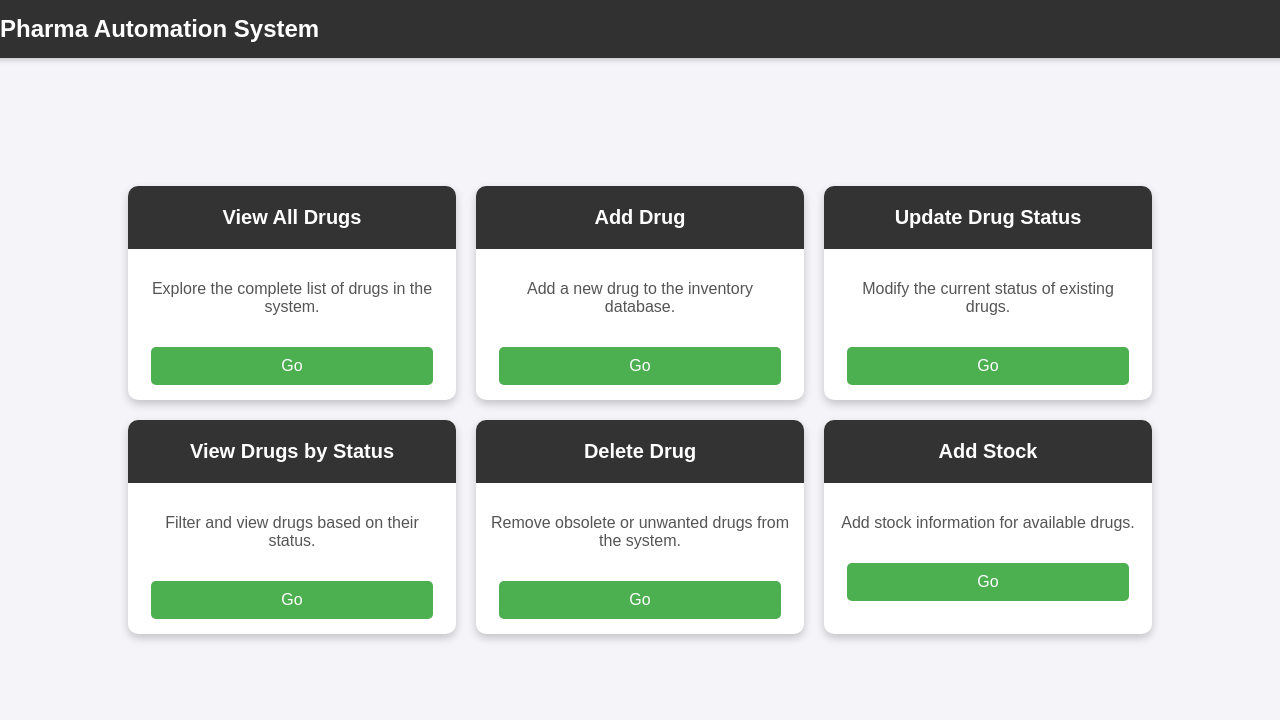
Repository: Clarrieous/Infosys-intern
Page: http://localhost/index
The author's editor kept a copy of each file at every save. The page is drawn from the files as they stood at one save, then again after the next save.
The browser window is 1280 px wide. The pictures show the whole page.
The page is this project's Thymeleaf template; nobody is signed in. The template is opened directly, without the code that normally fills it, so the values that code supplies are empty.

Above is the page before, as saved 2024-12-08 12:07:01.

After the next save:
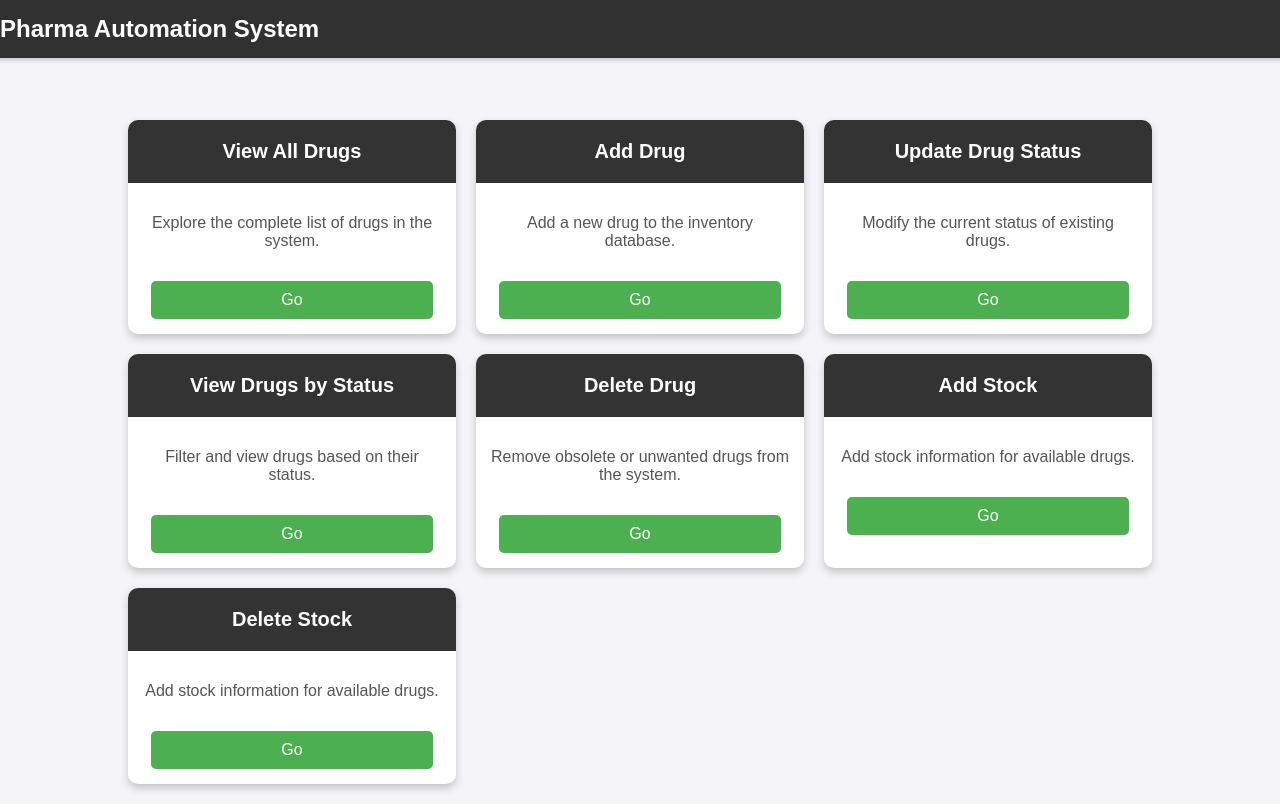
Saved 94 s later.
--- a/ClientService/src/main/resources/templates/index.html
+++ b/ClientService/src/main/resources/templates/index.html
@@ -132,7 +132,14 @@
             <h2>Add Stock</h2>
             <p>Add stock information for available drugs.</p>
             <a th:href="@{/addStock}">Go</a>
+
         </div>
+		<div class="card">
+		            <h2>Delete Stock</h2>
+		            <p>Add stock information for available drugs.</p>
+		            <a th:href="@{/deleteStock}">Go</a>
+
+		        </div>
     </div>
 
 </body>
